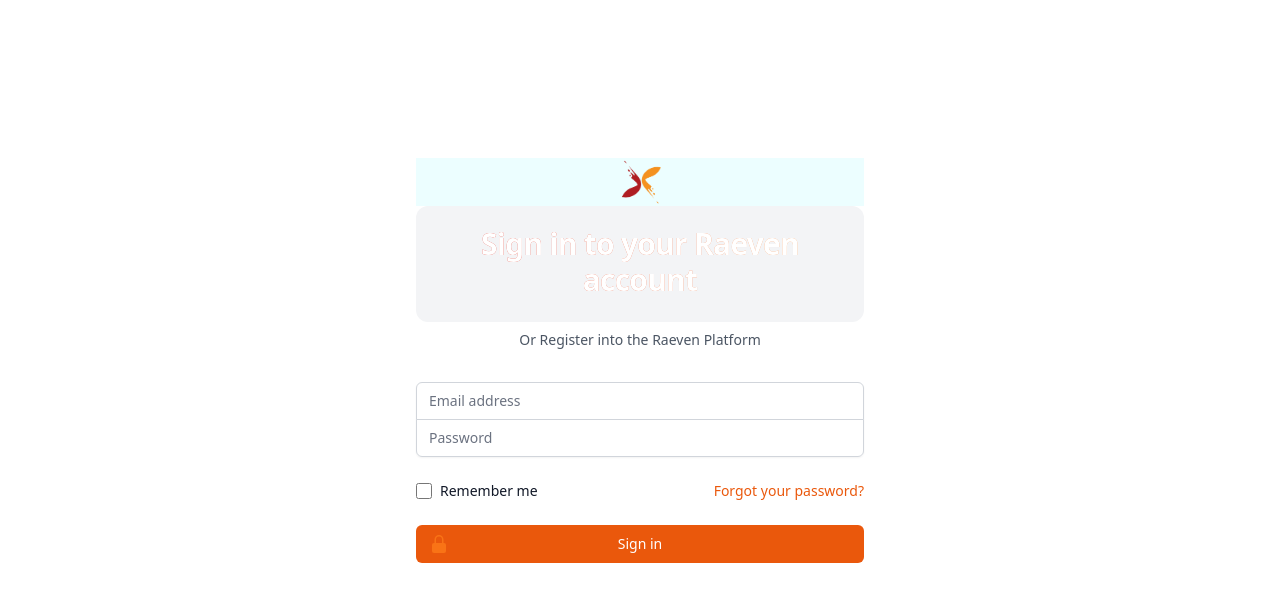
Repository: Curiosityxploring/raeven-site
Page: /login
An editor plug-in stored every save of this project. The page is shown before and after the next save, followed by the edit.
The browser window is 1280 px wide. The pictures show the whole page.
The project was rebuilt for these pictures with package versions that can differ from the ones it lists, and the page was loaded fresh each time. The framework's server and built-in components were replaced by stand-ins that run in the browser. Also part of the build but not shown: next.config.js.

Above is the page before, as saved 2023-01-12 15:43:21.

### pages/login.jsx
import React from "react";
import { LockClosedIcon } from "@heroicons/react/20/solid";

export default function login() {
  return (
    <>
      {/*
        This example requires updating your template:

        ```
        <html class="h-full bg-gray-50">
        <body class="h-full">
        ```
      */}
      <div className="flex h-screen items-center justify-center py-12 px-4 sm:px-6 lg:px-8">
        <div className="w-full max-w-md space-y-8">
          <div>
            <div className="bg-cyan-50">
            <img
              className="mx-auto h-12 w-auto"
              src="/images/curiositylogo.png"
              alt="Raeven Platform"
            />
            </div>
            <div className="px-2 py-3 rounded-xl bg-gray-100">
              <h2 className=" text-center text-3xl font-bold tracking-tight text-white px-1 py-2 rounded-xl bg-gradient-to-r from-red-600 to-orange-300 bg-clip-text pb-3 text-transparent">
                Sign in to your Raeven account
              </h2>
            </div>
            <p className="mt-2 text-center text-sm text-gray-600">
              Or{" "}
              <a
                href="#"
                className="font-medium text-gray-600 hover:text-red-400"
              >
                Register into the Raeven Platform
              </a>
            </p>
          </div>
          <form className="mt-8 space-y-6" action="#" method="POST">
            <input type="hidden" name="remember" defaultValue="true" />
            <div className="-space-y-px rounded-md shadow-sm">
              <div>
                <label htmlFor="email-address" className="sr-only">
                  Email address
                </label>
                <input
                  id="email-address"
                  name="email"
                  type="email"
                  autoComplete="email"
                  required
                  className="relative block w-full appearance-none rounded-none rounded-t-md border border-gray-300 px-3 py-2 text-gray-900 placeholder-gray-500 focus:z-10 focus:border-indigo-500 focus:outline-none focus:ring-indigo-500 sm:text-sm"
                  placeholder="Email address"
                />
              </div>
              <div>
                <label htmlFor="password" className="sr-only">
                  Password
                </label>
                <input
                  id="password"
                  name="password"
                  type="password"
                  autoComplete="current-password"
                  required
                  className="relative block w-full appearance-none rounded-none rounded-b-md border border-gray-300 px-3 py-2 text-gray-900 placeholder-gray-500 focus:z-10 focus:border-indigo-500 focus:outline-none focus:ring-indigo-500 sm:text-sm"
                  placeholder="Password"
                />
              </div>
            </div>

            <div className="flex items-center justify-between">
              <div className="flex items-center">
                <input
                  id="remember-me"
                  name="remember-me"
                  type="checkbox"
                  className="h-4 w-4 rounded border-gray-300 text-orange-600 focus:ring-indigo-500"
                />
                <label
                  htmlFor="remember-me"
                  className="ml-2 block text-sm text-gray-900"
                >
                  Remember me
                </label>
              </div>

              <div className="text-sm">
                <a
                  href="#"
                  className="font-medium text-orange-600 hover:text-gray-500"
                >
                  Forgot your password?
                </a>
              </div>
            </div>

            <div>
              <button
                type="submit"
                className="group relative flex w-full justify-center rounded-md border border-transparent bg-orange-600 py-2 px-4 text-sm font-medium text-white hover:bg-orange-700 focus:outline-none focus:ring-2 focus:ring-indigo-500 focus:ring-offset-2"
              >
                <span className="absolute inset-y-0 left-0 flex items-center pl-3">
                  <LockClosedIcon
                    className="h-5 w-5 text-orange-500 group-hover:text-orange-400"
                    aria-hidden="true"
                  />
                </span>
                Sign in
              </button>
            </div>
          </form>
        </div>
      </div>
    </>
  );
}

### styles/globals.css
@tailwind base;
@tailwind components;
@tailwind utilities;



/* :root {
  --max-width: 1100px;
  --border-radius: 12px;
  --font-mono: ui-monospace, Menlo, Monaco, 'Cascadia Mono', 'Segoe UI Mono',
    'Roboto Mono', 'Oxygen Mono', 'Ubuntu Monospace', 'Source Code Pro',
    'Fira Mono', 'Droid Sans Mono', 'Courier New', monospace;

  --foreground-rgb: 0, 0, 0;
  --background-start-rgb: 214, 219, 220;
  --background-end-rgb: 255, 255, 255;

  --primary-glow: conic-gradient(
    from 180deg at 50% 50%,
    #16abff33 0deg,
    #0885ff33 55deg,
    #54d6ff33 120deg,
    #0071ff33 160deg,
    transparent 360deg
  );
  --secondary-glow: radial-gradient(
    rgba(255, 255, 255, 1),
    rgba(255, 255, 255, 0)
  );

  --tile-start-rgb: 239, 245, 249;
  --tile-end-rgb: 228, 232, 233;
  --tile-border: conic-gradient(
    #00000080,
    #00000040,
    #00000030,
    #00000020,
    #00000010,
    #00000010,
    #00000080
  );

  --callout-rgb: 238, 240, 241;
  --callout-border-rgb: 172, 175, 176;
  --card-rgb: 180, 185, 188;
  --card-border-rgb: 131, 134, 135;
}

@media (prefers-color-scheme: dark) {
  :root {
    --foreground-rgb: 255, 255, 255;
    --background-start-rgb: 0, 0, 0;
    --background-end-rgb: 0, 0, 0;

    --primary-glow: radial-gradient(rgba(1, 65, 255, 0.4), rgba(1, 65, 255, 0));
    --secondary-glow: linear-gradient(
      to bottom right,
      rgba(1, 65, 255, 0),
      rgba(1, 65, 255, 0),
      rgba(1, 65, 255, 0.3)
    );

    --tile-start-rgb: 2, 13, 46;
    --tile-end-rgb: 2, 5, 19;
    --tile-border: conic-gradient(
      #ffffff80,
      #ffffff40,
      #ffffff30,
      #ffffff20,
      #ffffff10,
      #ffffff10,
      #ffffff80
    );

    --callout-rgb: 20, 20, 20;
    --callout-border-rgb: 108, 108, 108;
    --card-rgb: 100, 100, 100;
    --card-border-rgb: 200, 200, 200;
  }
}

* {
  box-sizing: border-box;
  padding: 0;
  margin: 0;
}

html,
body {
  max-width: 100vw;
  overflow-x: hidden;
}

body {
  color: rgb(var(--foreground-rgb));
  background: linear-gradient(
      to bottom,
      transparent,
      rgb(var(--background-end-rgb))
    )
    rgb(var(--background-start-rgb));
}

a {
  color: inherit;
  text-decoration: none;
}

@media (prefers-color-scheme: dark) {
  html {
    color-scheme: dark;
  }
} */

Loaded but not shown: pages/_app.js (common file); pages/_document.js (common file); tailwind.config.js (common file)

After the next save:
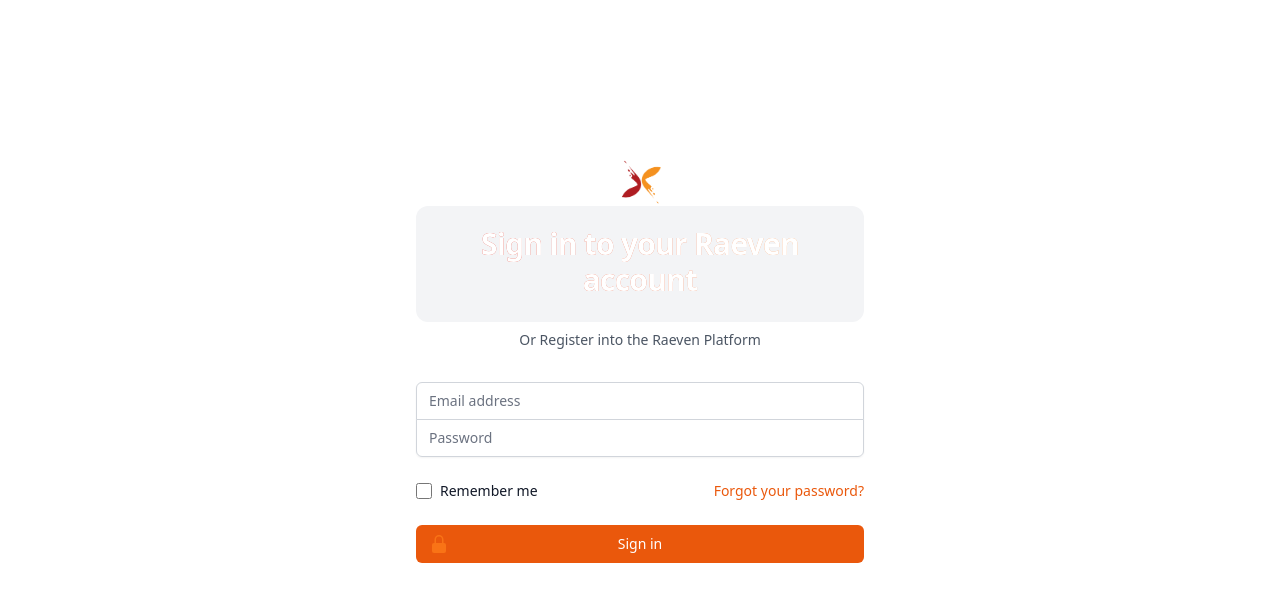
Saved 44 s later.
--- a/pages/login.jsx
+++ b/pages/login.jsx
@@ -15,7 +15,7 @@
       <div className="flex h-screen items-center justify-center py-12 px-4 sm:px-6 lg:px-8">
         <div className="w-full max-w-md space-y-8">
           <div>
-            <div className="bg-cyan-50">
+            <div className="">
             <img
               className="mx-auto h-12 w-auto"
               src="/images/curiositylogo.png"
